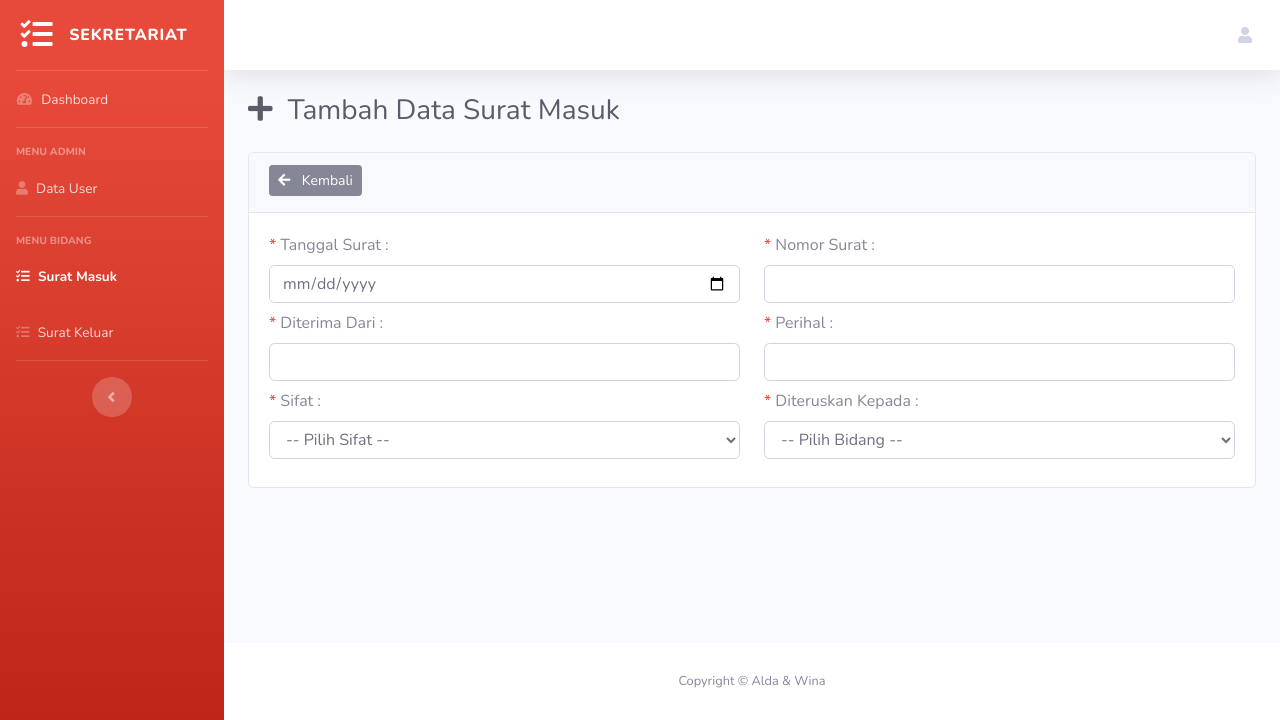
Repository: aldasamrotulfuadah/projek-PKL
Page: http://localhost/suratmasuk/create
The author's editor kept a copy of each file at every save. The page is drawn from the files as they stood at one save, then again after the next save.
The browser window is 1280 px wide. The pictures show the whole page.
The page is served by the project's Laravel application, run on PHP 8.4 with Laravel 12. A made-up administrator, Test User (test@example.com), is signed in.

Above is the page before, as saved 2026-03-12 11:25:41.

After the next save:
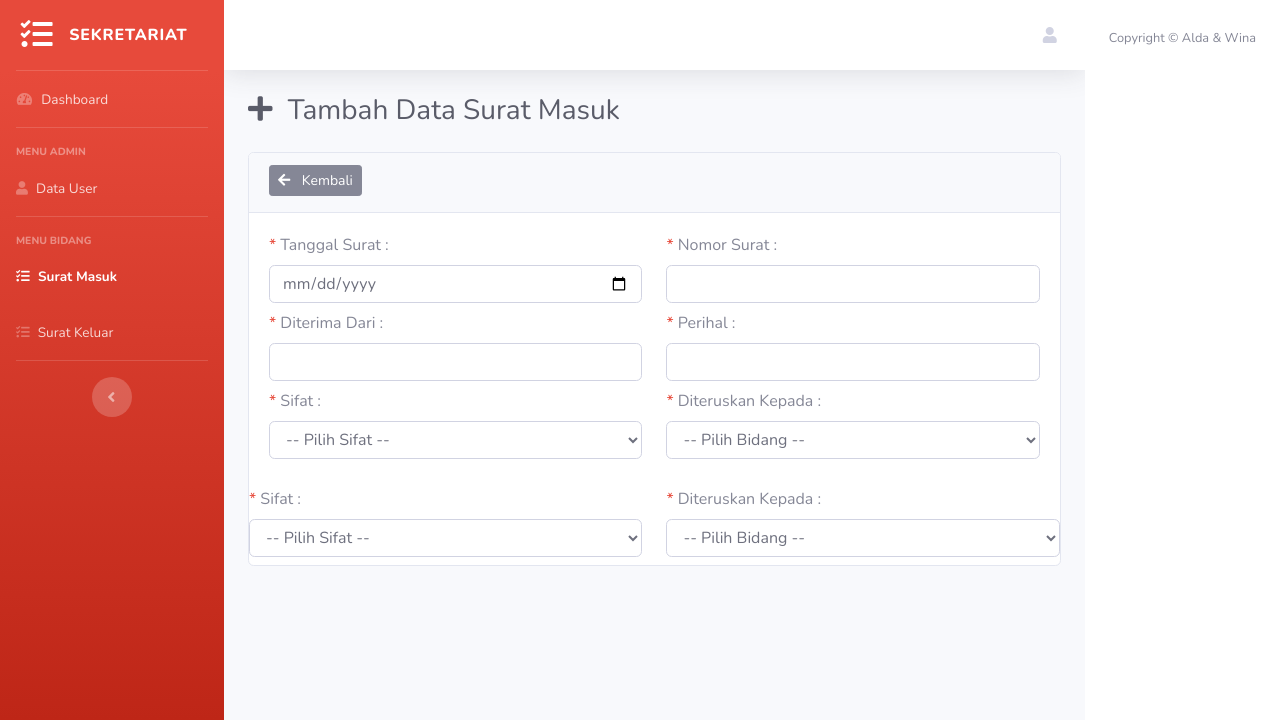
Saved 38 s later.
--- a/resources/views/suratm/create.blade.php
+++ b/resources/views/suratm/create.blade.php
@@ -77,6 +77,34 @@
                     </select>
                 </div>
             </div>
+            </div>
+            <div class="row mb-2">
+                <div class="col-6">
+                    <label class="form-label">
+                        <span class="text-danger">*</span>
+                        Sifat :
+                    </label>
+                    <select name="sifat" class="form-control">
+                        <option selected>-- Pilih Sifat --</option>
+                        <option value="Sangat_Segera">Sangat Segera</option>
+                        <option value="Segera">Segera</option>
+                        <option value="Rahasia">Rahasia</option>
+                  </select>
+                </div>
+                <div class="col-6">
+                    <label class="form-label">
+                        <span class="text-danger">*</span>
+                        Diteruskan Kepada :
+                    </label>
+                    <select name="Diteruskan_kepada" class="form-control">
+                        <option selected>-- Pilih Bidang --</option>
+                        <option value="Sekretaris">Sekretaris</option>
+                        <option value="Wasbang">Wasbang</option>
+                        <option value="Wasnas">Wasnas</option>
+                        <option value="Poldagri">Poldagri</option>
+                    </select>
+                </div>
+            </div>
         </div>
     </div>
 
